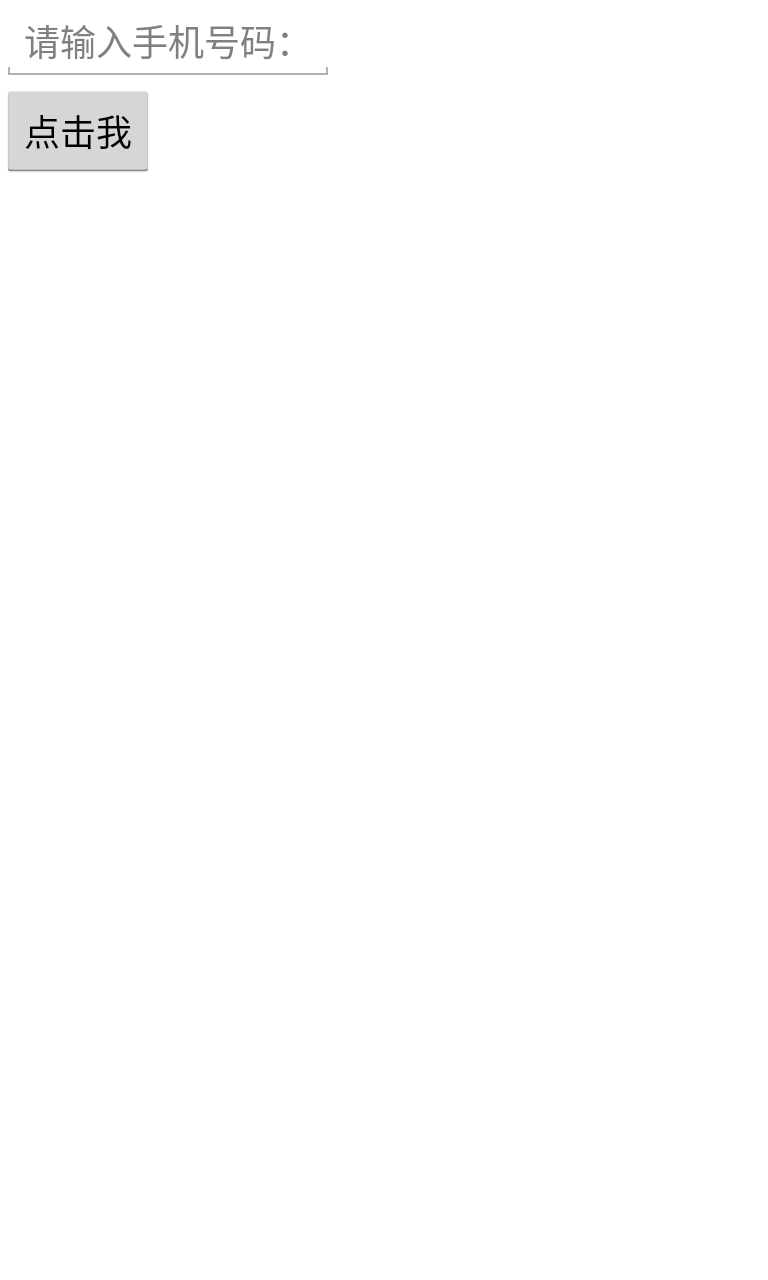
Repository: A207/guanjingjing
Layout: day4/Homework/res/layout/activity_main.xml
An editor plug-in stored every save of this project. The layout is shown before and after the next save, followed by the edit.
It is drawn on a 768 x 1280 px phone screen (xhdpi) without system bars, with theme AppTheme; the app's code is not run.

Above is the layout before, as saved 2015-07-10 07:53:02.

After the next save:
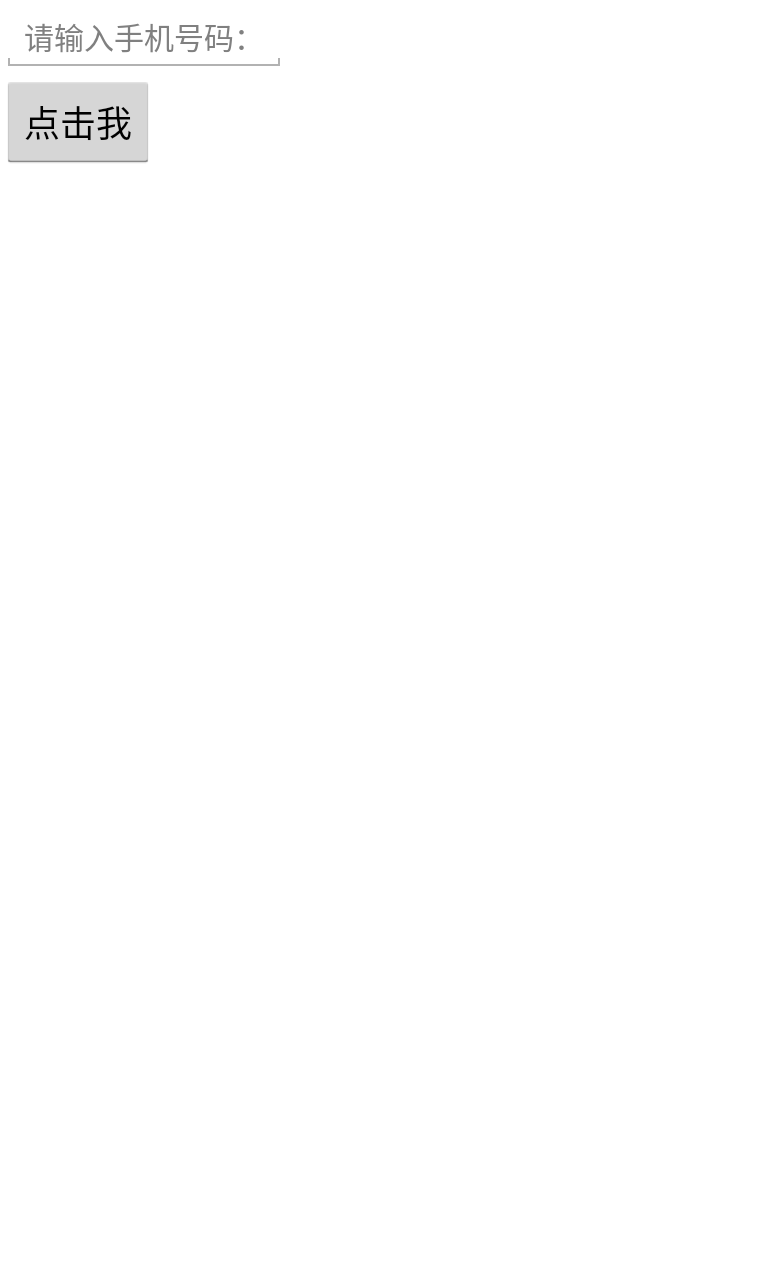
Saved 3 min 12 s later.
--- a/day4/Homework/res/layout/activity_main.xml
+++ b/day4/Homework/res/layout/activity_main.xml
@@ -8,8 +8,10 @@
         android:layout_width="wrap_content"
         android:layout_height="wrap_content"
         android:hint="请输入手机号码："
+        android:textSize="15sp"
        	android:singleLine="true"
-        android:id="@+id/editText" ></EditText>
+        android:id="@+id/editText"
+        android:inputType="number" ></EditText>
 
     <Button android:layout_width="wrap_content"
         android:layout_height="wrap_content"
